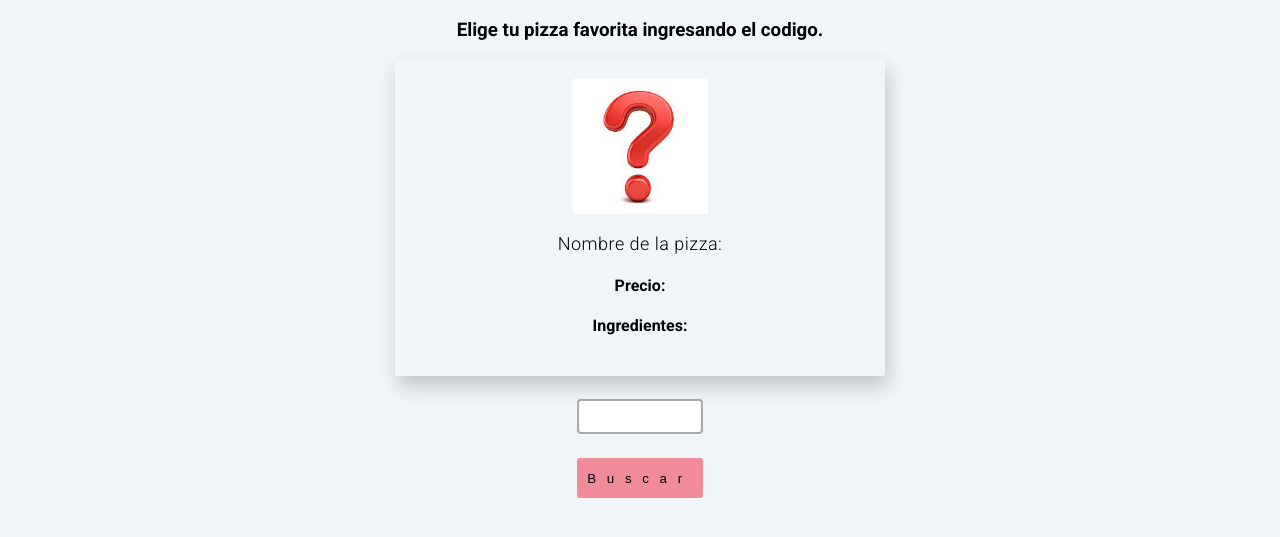
Repository: lucas-itup/E1-JAVASCRIPT
Page: index.html
These files come from the project's save history. The page is drawn as it stood at one moment and after the next save; the edit follows.
The browser window is 1280 px wide. The pictures show the whole page.
The pointer rests on the first visible `#buscar-pizza`.
Some web libraries are served in a nearby version.

Above is the page before, as saved 2022-09-27 23:11:27.

After the next save:
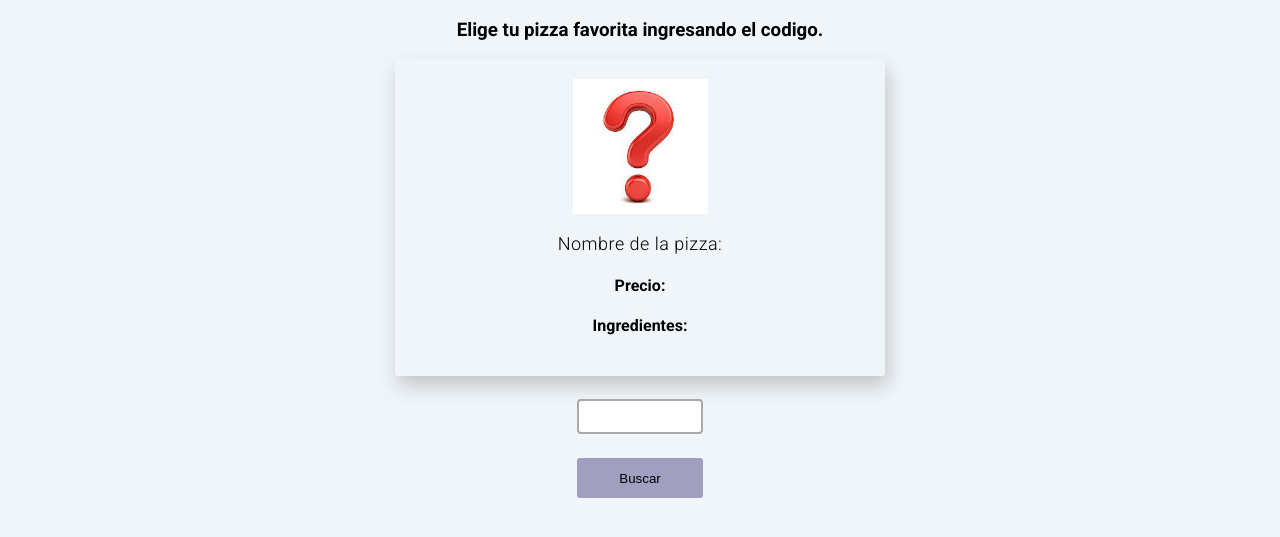
Saved 37 s later.
--- a/stylesheet/styles.css
+++ b/stylesheet/styles.css
@@ -15,8 +15,7 @@ input[type=number] {
 }
 
 #buscar-pizza:hover {
-    letter-spacing: 0.8em;
-    background-color: #F08C99;
+    background-color: #a19fc0;
 }
 
 #hello {
